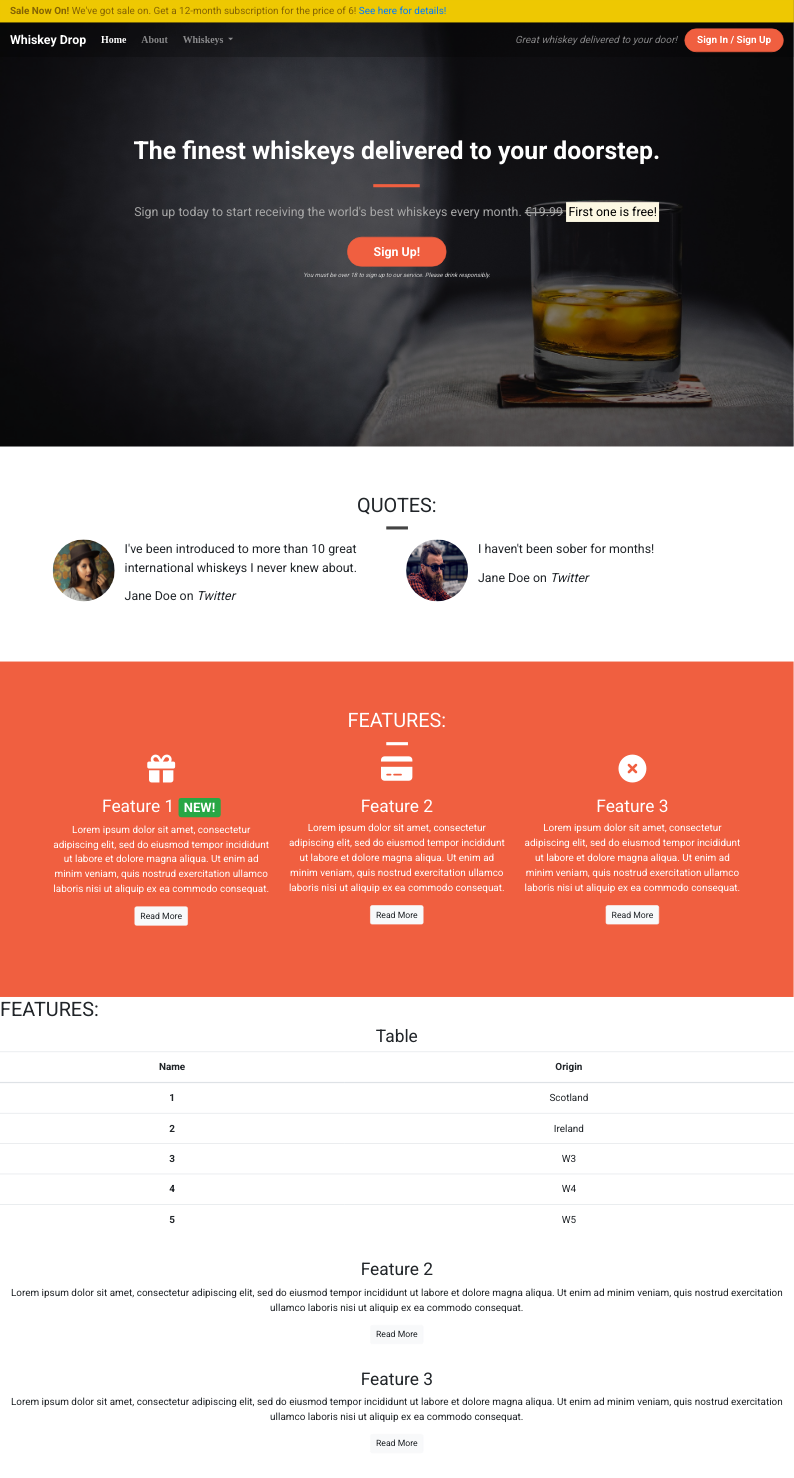
Repository: Coder731/blank_for_aws
Page: index2.html
The author's editor kept a record of every edit. The page is drawn from the files as they stood at one moment, then again after the next edit.
The browser window is 1280 px wide. The pictures show the whole page, at 62% of full size.
Backgrounds fixed to the window are drawn as part of the page. Some web libraries are served in a nearby version.

Above is the page before.

After the next edit:
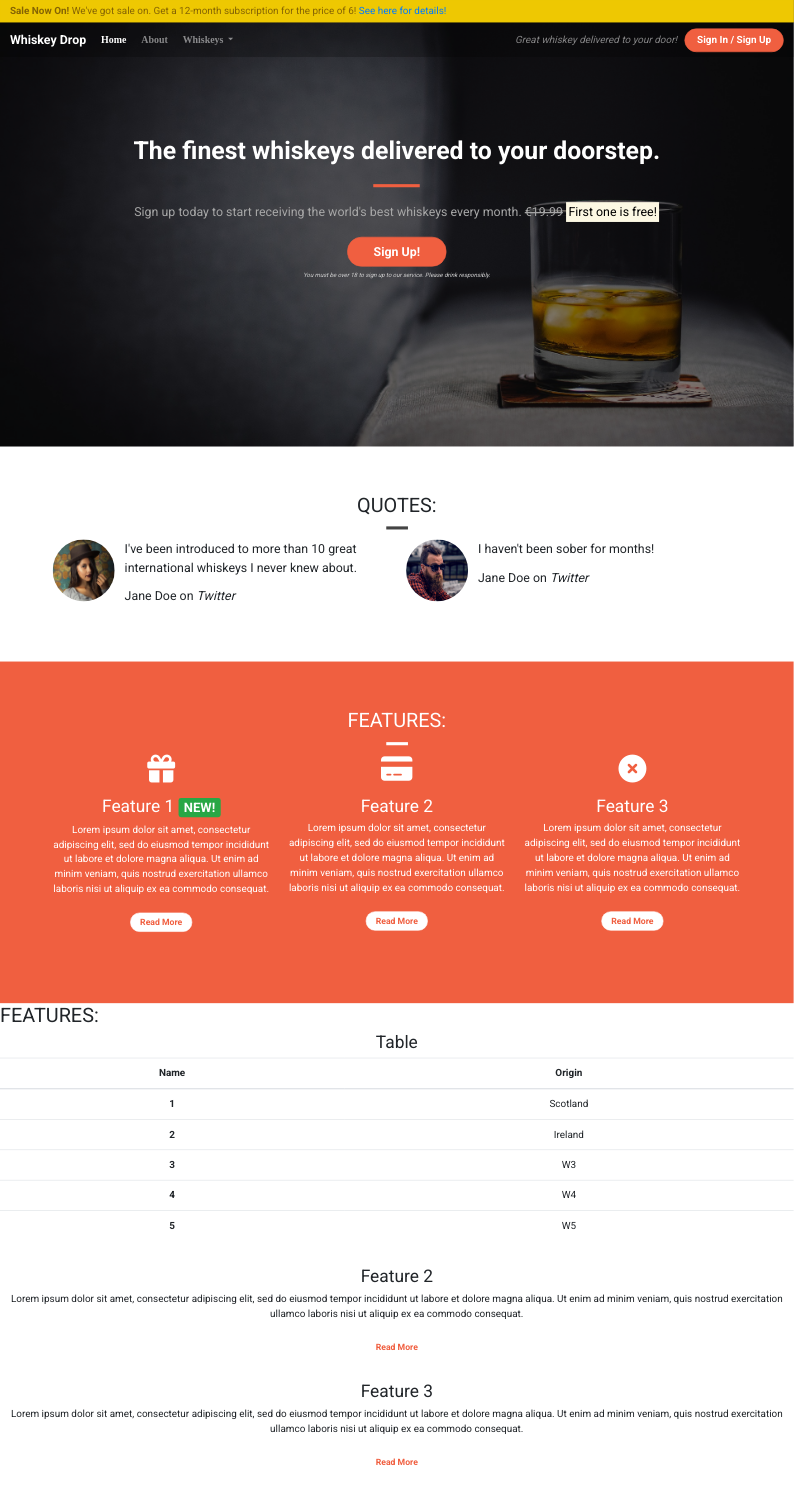
The edit:
--- a/css/style.css
+++ b/css/style.css
@@ -177,3 +177,13 @@
     font-size: 45px;
     line-height: 45px;
 }
+
+.feature .btn {
+    background-color: white;
+    border-color: white;
+    border-radius: 15px;
+    min-width: 100px;
+    font-weight: bold;
+    margin-top: 10px;
+    color: #f05f40;
+}
